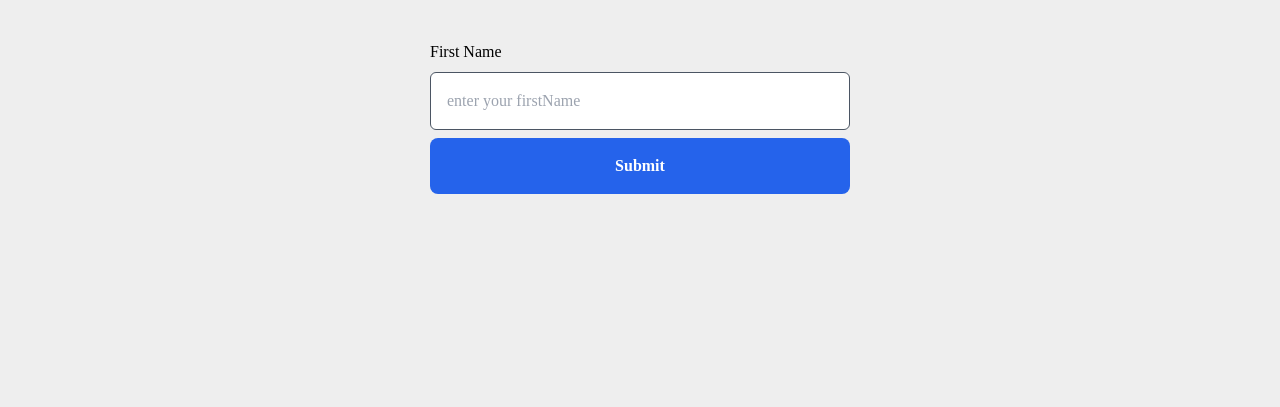
Repository: 16-Doffy/Fe-Khhoahoc
Page: /
An editor plug-in stored every save of this project. The page is shown before and after the next save, followed by the edit.
The browser window is 1280 px wide. The pictures show the whole page.
The project was rebuilt for these pictures with package versions that can differ from the ones it lists, and the page was loaded fresh each time. Also part of the build but not shown: src/App.css.

Above is the page before, as saved 2025-02-11 04:55:03.

### src/index.js
import React from 'react';
import ReactDOM from 'react-dom/client';
import './index.css';
import App from './App';
import reportWebVitals from './reportWebVitals';
import "./index.scss"
const root = ReactDOM.createRoot(document.getElementById('root'));
root.render(
  <React.StrictMode>
    <App />
  </React.StrictMode>
);

// If you want to start measuring performance in your app, pass a function
// to log results (for example: reportWebVitals(console.log))
// or send to an analytics endpoint. Learn more: https://bit.ly/CRA-vitals
reportWebVitals();

### src/App.js
import "./App.css";
import SignUpForm from "./components/Form/SignUpForm";


function App() {
  return (
    <div>
      <SignUpForm />
    </div>
  );
}

export default App;

//<CardList><Card2/>
// const theme = {
//   //wanna change color in the future come here to change
//   colors: {
//     blue: "#2979ff",
//   },
//   orange: "#ffa440",
// };
// {/* <ThemeProvider theme={theme}>
// <CardList>
// <Card2 secondary={true}></Card2>
// <Card2 secondary={false}></Card2>
// <Card2 secondary={true}></Card2>
// <Card2 secondary={false}></Card2>
// <Card2 secondary={true}></Card2>
//  </CardList>
// </ThemeProvider> */}

### src/index.scss
@tailwind base;
@tailwind components;
@tailwind utilities;

@layer base {
    @import url("https://fonts.googleapis.com/css2?family=Poppins:ital,wght@0,100;0,200;0,300;0,400;0,500;0,600;0,700;0,800;0,900;1,100;1,200;1,300;1,400;1,500;1,600;1,700;1,800;1,900&display=swap");
    body{
        font-family: "Poppins", serif;
    }
}
.skeleton {
    background-color: #eee;
    background-image: linear-gradient(110deg, #ececec, 8%,#f5f5f5, 18% , #ececec, 33%);
    border-radius: 5px;
    background-size: 200% 100%;
    animation:  1.5 shine linear infinite;
}
@keyframes shine {
    to {
        background-position-x:-200% ;
    }
}

### src/components/Form/SignUpForm.js
import React from "react";
import { useFormik } from "formik";

const validate = (values) => {
  const error = {};
  if (!values.firstName) {
    error.firstName = "Required";
  } else if (values.firstName.length > 20) {
    error.firstName = "must be 20 character or less";
  }
  return error;
};

const SignUpForm = () => {
  const formik = useFormik({
    initialValues: {
      firstName: "",
    },
    validate,
    onSubmit: (values) => {
      console.log(values);
    },
  });
  return (
    <form
      onSubmit={formik.handleSubmit}
      className="p-10 w-full max-w-[500px] mx-auto"
    >
      <div className="flex flex-col gap-2 mb-5">
        <label htmlFor="firstName">First Name</label>
        <input
          type="text"
          name="firstName"
          id="firstName"
          placeholder="enter your firstName"
          className="p-4 rounded-md border border-gray-600"
          value={formik.values.firstName}
          onChange={formik.handleChange}
        />
        {formik.errors.firstName ? <div className="text-sm text-red-500">{formik.errors.firstName} </div> : null }
        <button  type="submit" className="w-full p-4 bg-blue-600 text-white font-semibold rounded-lg">
          Submit
        </button>
      </div>
    </form>
  );
};

export default SignUpForm;

### tailwind.config.js
/** @type {import('tailwindcss').Config} */
module.exports = {
  mode: "jit",
  content: ["./src/**/*.{html,js}"],
  theme: {
    extend: {
      backgroundImage: {
        'radiant': `linear-gradient(0.25turn, #3f87a6, #ebf8e1, #f69d3c)`,
        'footer-texture': "url('/img/footer-texture.png')", // Sửa ở đây
        'secondary-radiant': `linear-gradient(#e66465, #9198e5)`,
      },
    },
  },
  plugins: [],
}

Loaded but not shown: public/index.html (common file); src/index.css (common file); src/reportWebVitals.js (common file)

After the next save:
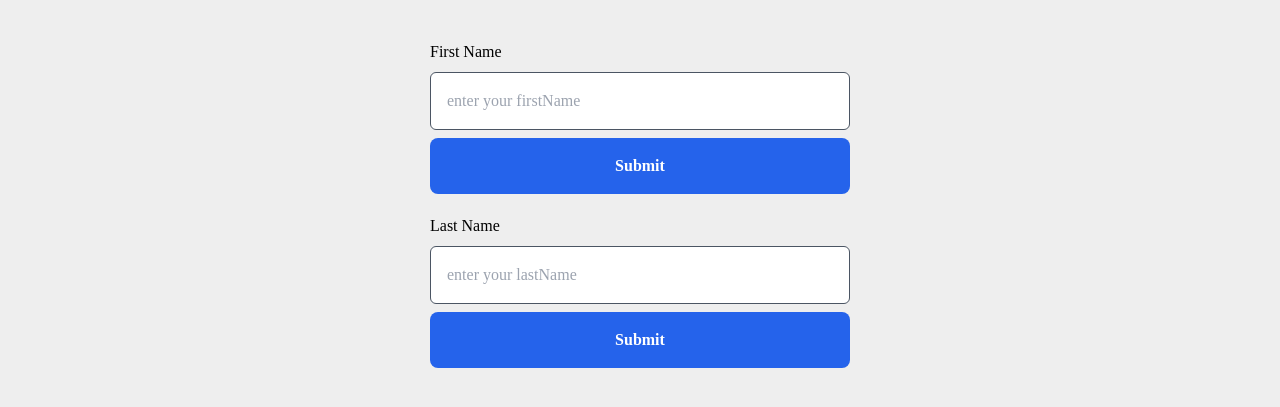
Saved 2 min 26 s later.
--- a/src/components/Form/SignUpForm.js
+++ b/src/components/Form/SignUpForm.js
@@ -15,6 +15,7 @@ const SignUpForm = () => {
   const formik = useFormik({
     initialValues: {
       firstName: "",
+      lastName:"",
     },
     validate,
     onSubmit: (values) => {
@@ -42,6 +43,23 @@ const SignUpForm = () => {
           Submit
         </button>
       </div>
+
+      <div className="flex flex-col gap-2 mb-5">
+        <label htmlFor="lastName">Last Name</label>
+        <input
+          type="text"
+          name="lastName"
+          id="lastName"
+          placeholder="enter your lastName"
+          className="p-4 rounded-md border border-gray-600"
+          value={formik.values.lastName}
+          onChange={formik.handleChange}
+        />
+        {formik.errors.lastName ? <div className="text-sm text-red-500">{formik.errors.firstName} </div> : null }
+        <button  type="submit" className="w-full p-4 bg-blue-600 text-white font-semibold rounded-lg">
+          Submit
+        </button>
+      </div>
     </form>
   );
 };
